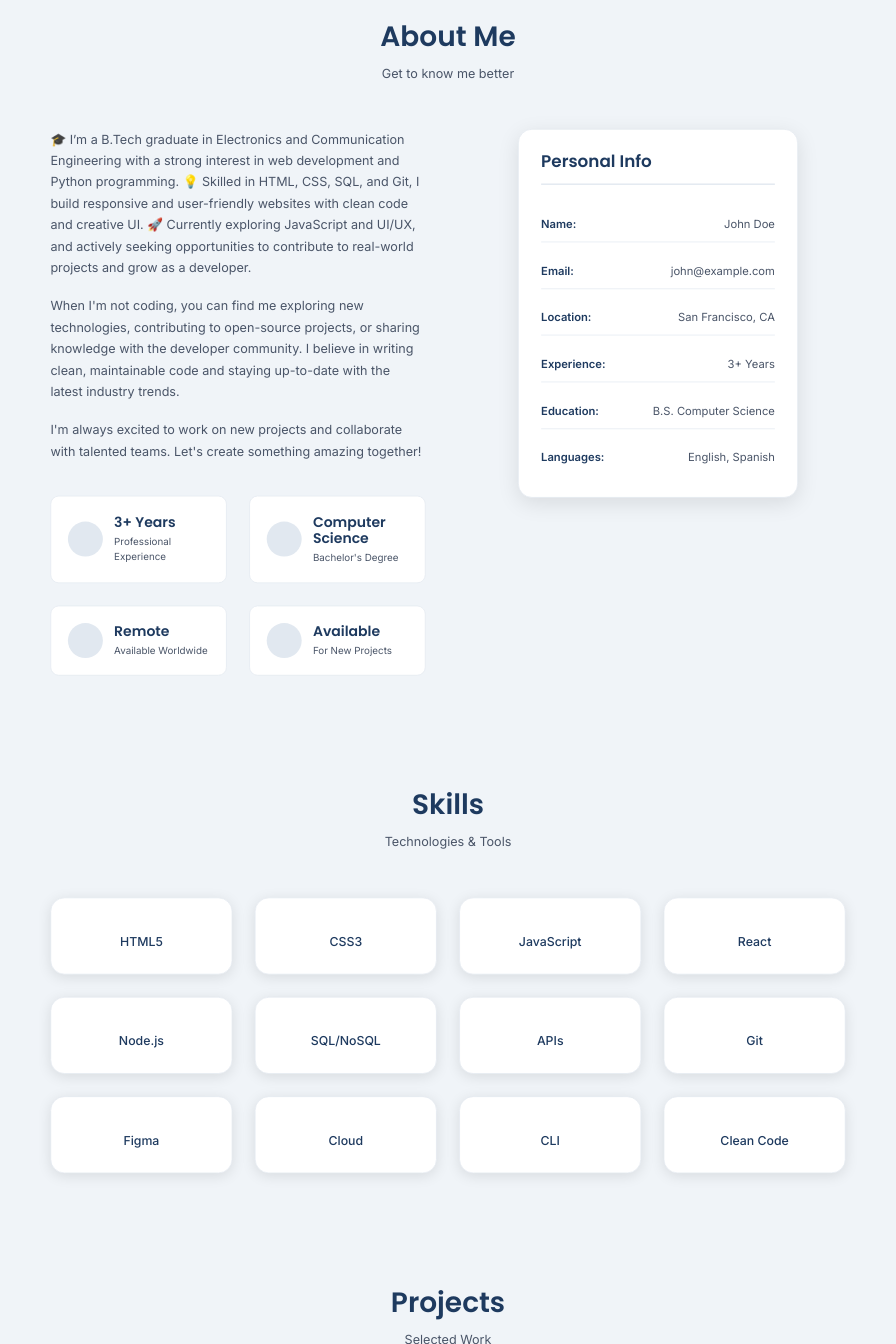
Repository: TharunPathakamuri/Portfolio
Page: index.html
An editor plug-in stored every save of this project. The page is shown before and after the next save, followed by the edit.
The browser window is 1280 px wide. The pictures show the part of the page from y = 773 to 2693 px (the page is 5131 px tall before and 5070 px after), at 70% of full size.

Above is the page before, as saved 2025-07-04 23:25:48.

After the next save:
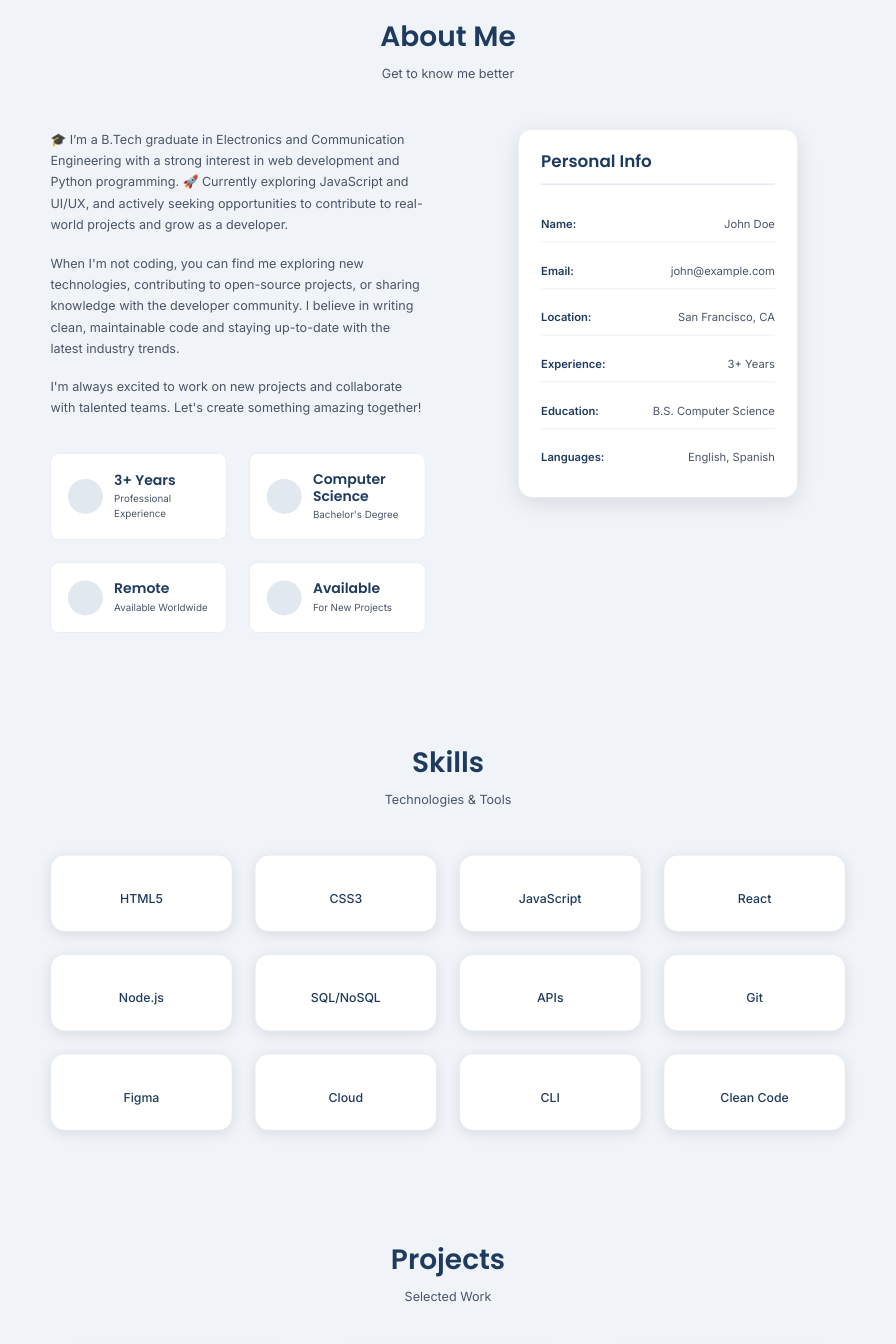
Saved 27 s later.
--- a/index.html
+++ b/index.html
@@ -150,9 +150,7 @@
               <p>
                 🎓 I’m a B.Tech graduate in Electronics and Communication
                 Engineering with a strong interest in web development and Python
-                programming. 💡 Skilled in HTML, CSS, SQL, and Git, I build
-                responsive and user-friendly websites with clean code and
-                creative UI. 🚀 Currently exploring JavaScript and UI/UX, and
+                programming.  🚀 Currently exploring JavaScript and UI/UX, and
                 actively seeking opportunities to contribute to real-world
                 projects and grow as a developer.
               </p>
